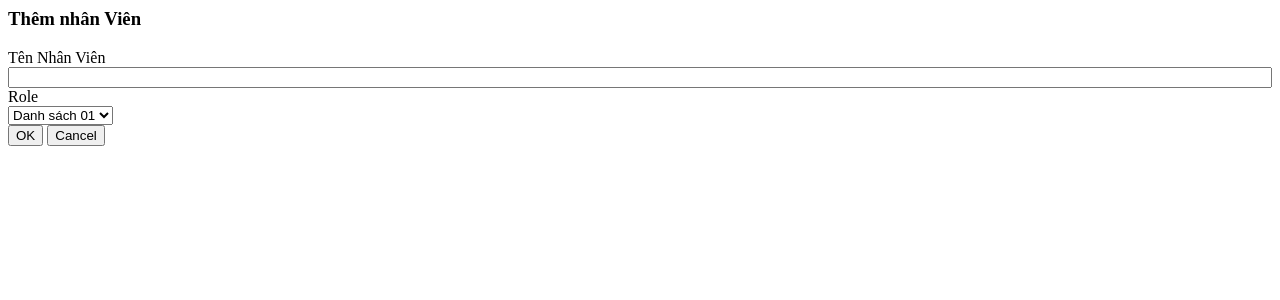
Repository: chickenoken/LuanAn
Page: http://localhost/net/quanLyNhanVienControl
The author's editor kept a copy of each file at every save. The page is drawn from the files as they stood at one save, then again after the next save.
The browser window is 1280 px wide. The pictures show the whole page.
The page is served by Tomcat 9. Other server files are loaded and not shown.

Above is the page before, as saved 2019-06-17 09:36:35.

### net/src/main/webapp/WEB-INF/pages/quanLyNhanVienControl.jsp
<div class="modal-header">
  <h3>Thêm nhân Viên</h3>
</div>
<div class="modal-body">
  <div class="row">
    <div class="form-group">
      <div class="col-md-4"><span>Tên Nhân Viên</span></div>
      <div class="col-md-8"><input type="text" ng-model="model.form.control.tenNv" style="width : 100%"></div>
    </div>
  </div>

  <div class="row">
    <div class="form-group">
      <div class="col-md-4"><span>Role</span></div>
      <div class="col-md-8">
        <select>
					<option>Danh sách 01</option>
					<option>Danh sách 02</option>
					<option>Danh sách 03</option>
					<option>Danh sách 04</option>
					</select>
      </div>
    </div>
  </div>

</div>
<div class="modal-footer">
    <button class="btn btn-primary" ng-click="ok()">OK</button>
    <button class="btn btn-warning" ng-click="cancel()">Cancel</button>
</div>

### net/src/main/java/org/planning/net/dto/LoginDto.java
package org.planning.net.dto;

import lombok.Getter;
import lombok.Setter;

@Getter
@Setter
public class LoginDto {

    private String maNhanVien;

    private String tenNhanVien;

    private String taiKhoan;

    private String matKhau;

	public String getTaiKhoan() {
        return taiKhoan;
    }

    public void setTaiKhoan(String taiKhoan) {
        this.taiKhoan = taiKhoan;
    }

    public String getMatKhau() {
        return matKhau;
    }

    public void setMatKhau(String matKhau) {
        this.matKhau = matKhau;
    }

    public String getMaNhanVien() {
		return maNhanVien;
	}

	public void setMaNhanVien(String maNhanVien) {
		this.maNhanVien = maNhanVien;
	}

	public String getTenNhanVien() {
		return tenNhanVien;
	}

	public void setTenNhanVien(String tenNhanVien) {
		this.tenNhanVien = tenNhanVien;
	}
}

After the next save:
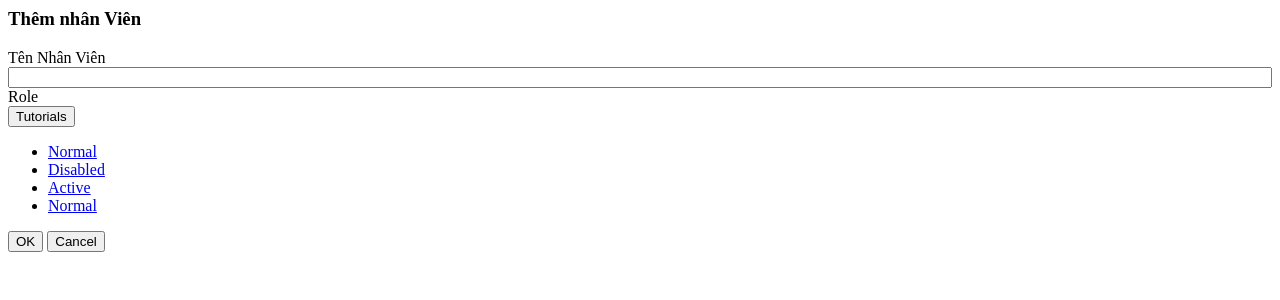
Saved 11 s later.
--- a/net/src/main/webapp/WEB-INF/pages/quanLyNhanVienControl.jsp
+++ b/net/src/main/webapp/WEB-INF/pages/quanLyNhanVienControl.jsp
@@ -13,12 +13,16 @@
     <div class="form-group">
       <div class="col-md-4"><span>Role</span></div>
       <div class="col-md-8">
-        <select>
-					<option>Danh sách 01</option>
-					<option>Danh sách 02</option>
-					<option>Danh sách 03</option>
-					<option>Danh sách 04</option>
-					</select>
+			  <div class="dropdown">
+			    <button class="btn btn-default dropdown-toggle" type="button" data-toggle="dropdown">Tutorials
+			    <span class="caret"></span></button>
+			    <ul class="dropdown-menu">
+			      <li><a href="#">Normal</a></li>
+			      <li class="disabled"><a href="#">Disabled</a></li>
+			      <li class="active"><a href="#">Active</a></li>
+			      <li><a href="#">Normal</a></li>
+			    </ul>
+  </div>
       </div>
     </div>
   </div>
